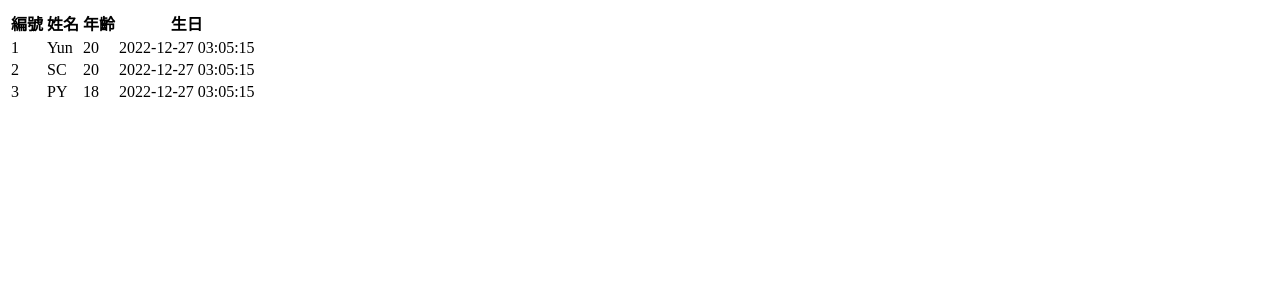
Repository: sc1314520/oce-test
Page: http://localhost/EE/jsp/basic/jstl_test.jsp
An editor plug-in stored every save of this project. The page is shown before and after the next save, followed by the edit.
The browser window is 1280 px wide. The pictures show the whole page.
The page is served by Tomcat 9. Nobody is signed in. The application's start-up code is not run.

Above is the page before, as saved 2022-12-29 10:43:20.

After the next save:
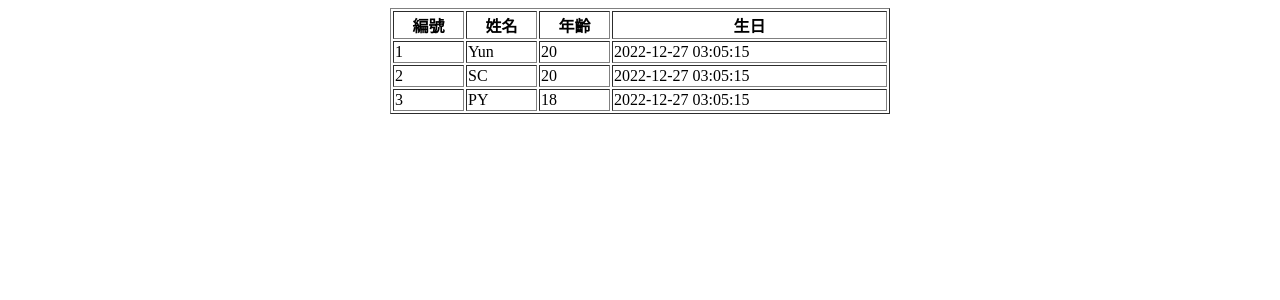
Saved 26 s later.
--- a/EE/src/main/webapp/jsp/basic/jstl_test.jsp
+++ b/EE/src/main/webapp/jsp/basic/jstl_test.jsp
@@ -19,7 +19,7 @@
 		list.add(new User("PY",18,new Date()));
 		request.setAttribute("list", list);
 	%>
-	<table>
+	<table border="1" width=500 align="center">
 		<tr>
 			<th>編號</th>
 			<th>姓名</th>
